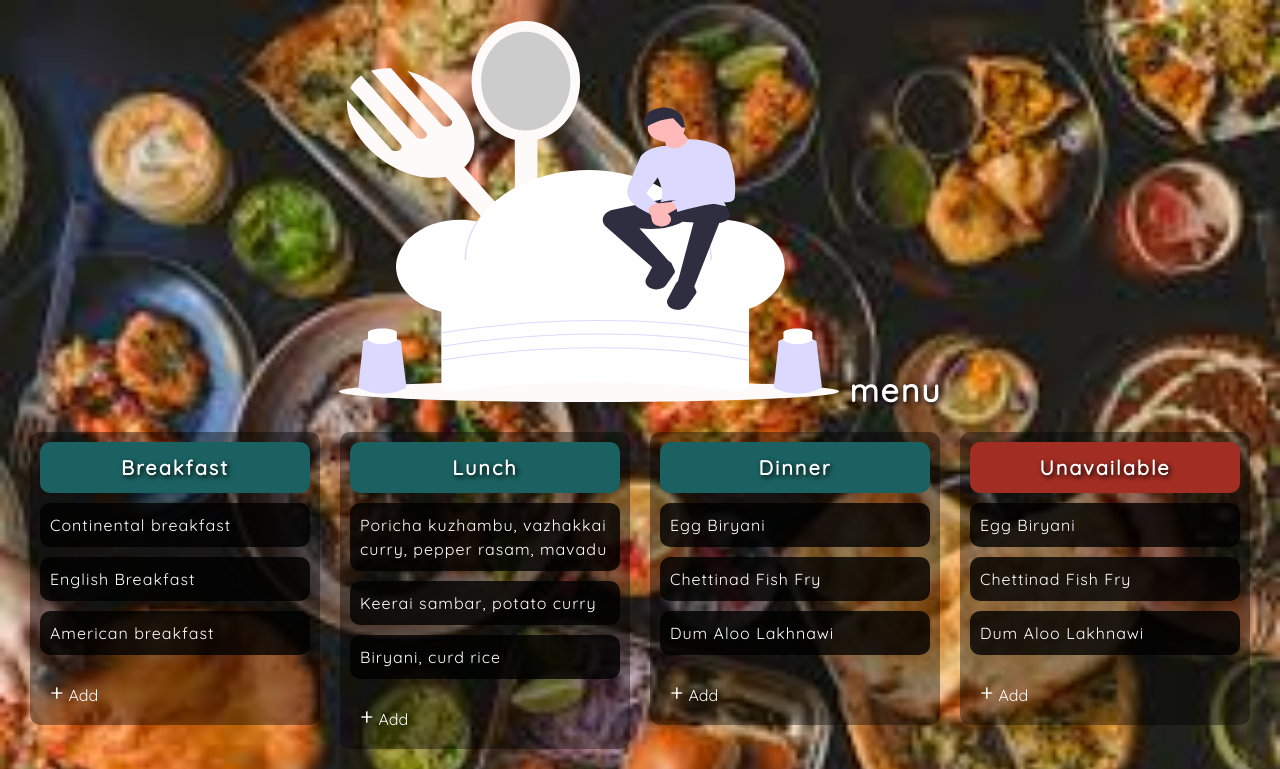
Repository: Anasooya2601/drag-and-drop
Page: index.html
The author's editor kept a copy of each file at every save. The page is drawn from the files as they stood at one save, then again after the next save.
The browser window is 1280 px wide. The pictures show the whole page.
Backgrounds fixed to the window are drawn as part of the page.

Above is the page before, as saved 2021-02-05 01:52:28.

### index.html
<!DOCTYPE html>
<html lang="en">
<head>
    <meta charset="UTF-8">
    <meta name="viewport" content="width=device-width, initial-scale=1.0">
    <title>MRC</title>
    <link rel="icon" type="image/png" href="favicon.png">
    <link rel="stylesheet" href="style.css">
</head>
<body>

    <h1 class="main-title">
        <img src="mrc.svg" width="500" alt="">
    menu
</h1>
    <div class="drag-container">
        <ul class="drag-list">
<!-- breakfast column -->

<li class="drag-column progress-column">
    <span class="header">
        <h1>Breakfast</h1>
    </span>
    <!-- breakfast-content -->
    <div id="progress-content">
        <ul class="drag-item-list"id= "progress-list">
            <li class="drag-item"> Continental breakfast</li>
            <li class="drag-item">English Breakfast</li>
            <li class="drag-item">American breakfast</li>
        </ul>
    </div>
    <!-- add-button -->
    <div class="add-btn-group">
        <div class="add-btn">
    <span class="plus-sign">+</span>
    <span>Add</span>
</div>
<div class="add-btn solid">
    <span>save</span>
</div>
<div class="add-container">
    <div class="add-item"></div>

</div>

    </div>
</li>
<li class="drag-column progress-column">
    <span class="header">
        <h1>Lunch</h1>
    </span>
    <!-- breakfast-content -->
    <div id="progress-content">
        <ul class="drag-item-list"id= "progress-list">
            <li class="drag-item"> Poricha kuzhambu, vazhakkai curry, pepper rasam, mavadu</li>
            <li class="drag-item">Keerai sambar, potato curry</li>
            <li class="drag-item">Biryani, curd rice</li>
        </ul>
    </div>
    <!-- add-button -->
    <div class="add-btn-group">
        <div class="add-btn">
    <span class="plus-sign">+</span>
    <span>Add</span>
</div>
<div class="add-btn solid">
    <span>save</span>
</div>
<div class="add-container">
    <div class="add-item"></div>

</div>

    </div>
</li>
<li class="drag-column progress-column">
    <span class="header">
        <h1>Dinner</h1>
    </span>
    <!-- breakfast-content -->
    <div id="progress-content">
        <ul class="drag-item-list"id= "progress-list">
            <li class="drag-item"> Egg Biryani</li>
            <li class="drag-item"> Chettinad Fish Fry</li>
            <li class="drag-item">Dum Aloo Lakhnawi</li>
        </ul>
    </div>
    <!-- add-button -->
    <div class="add-btn-group">
        <div class="add-btn">
    <span class="plus-sign">+</span>
    <span>Add</span>
</div>
<div class="add-btn solid">
    <span>save</span>
</div>
<div class="add-container">
    <div class="add-item"></div>

</div>

    </div>
</li>
<li class="drag-column on-hold-column">
    <span class="header">
        <h1>Unavailable</h1>
    </span>
    <!-- breakfast-content -->
    <div id="on-hold-content">
        <ul class="drag-item-list"id= "on-hold-list">
            <li class="drag-item"> Egg Biryani</li>
            <li class="drag-item"> Chettinad Fish Fry</li>
            <li class="drag-item">Dum Aloo Lakhnawi</li>
        </ul>
    </div>
    <!-- add-button -->
    <div class="add-btn-group">
        <div class="add-btn">
    <span class="plus-sign">+</span>
    <span>Add</span>
</div>
<div class="add-btn solid">
    <span>save</span>
</div>
<div class="add-container">
    <div class="add-item"></div>

</div>

    </div>
</li>
        </ul>
    </div>
    <!-- Script -->
    <script src="script.js"></script>
</body>
</html>

### style.css
/* Trees Image - Pexels: https://www.pexels.com/photo/photo-of-trees-in-forest-3801030/ */
@import url("https://fonts.googleapis.com/css?family=Quicksand&display=swap");

html {
  box-sizing: border-box;
}

:root {
  --column-1: #a2622d;
  --column-2: #1b6161;
  --column-3: #248224;
  --column-4: #a22d22;
}

body {
  margin: 0;
  background: url("./food.jpg");
  background-size: cover;
  background-position: 50% 60%;
  background-attachment: fixed;
  color: white;
  font-family: Quicksand, sans-serif;
  overflow-y: hidden;
}

h1 {
  letter-spacing: 2px;
  text-shadow: 2px 2px 5px black;
}

.main-title {
  text-align: center;
  font-size: 3rem;
}

ul {
  list-style-type: none;
  margin: 0;
  padding: 0;
}

.drag-container {
  margin: 20px;
}

.drag-list {
  display: flex;
  align-items: flex-start;
}

/* Columns */
.drag-column {
flex: 1;
  margin: 0 10px;
  position: relative;
  background-color: rgba(0, 0, 0, 0.4);
  border-radius: 10px;
  overflow-x: hidden;
}

.backlog-column .header,
.backlog-column .solid,
.backlog-column .solid:hover,
.backlog-column .over {
  background-color: var(--column-1);
}

.progress-column .header,
.progress-column .solid,
.progress-column .solid:hover,
.progress-column .over {
  background-color: var(--column-2);
}

.complete-column .header,
.complete-column .solid,
.complete-column .solid:hover,
.complete-column .over {
  background-color: var(--column-3);
}

.on-hold-column .header,
.on-hold-column .solid,
.on-hold-column .solid:hover,
.on-hold-column .over {
  background-color: var(--column-4);
}

/* Custom Scrollbar */
.custom-scroll {
  overflow-y: auto;
  max-height: 75vh;
}

.custom-scroll::-webkit-scrollbar-track {
  box-shadow: inset 0 0 6px rgba(0, 0, 0, 0.4);
  border-radius: 10px;
  background-color: rgba(255, 255, 255, 0.3);
  margin-right: 5px;
}

.custom-scroll::-webkit-scrollbar {
  width: 10px;
}

.custom-scroll::-webkit-scrollbar-thumb {
  border-radius: 10px;
  box-shadow: inset 0 0 6px rgba(0, 0, 0, 0.3);
  background-color: rgba(0, 0, 0, 0.8);
}

.header {
  display: flex;
  justify-content: center;
  border-radius: 10px;
  margin: 10px;
}

.header h1 {
  font-size: 1.25rem;
}

/* Drag and Drop */
.over {
  padding: 50px 10px;
}

.drag-item-list {
  min-height: 50px;
}

.drag-item {
  margin: 10px;
  padding: 10px;
  height: fit-content;
  background-color: rgba(0, 0, 0, 0.8);
  border-radius: 10px;
  line-height: 1.5rem;
  letter-spacing: 1px;
  cursor: pointer;
}

.drag-item:focus {
  outline: none;
  background-color: white;
  color: black;
}

/* Add Button Group */
.add-btn-group {
  display: flex;
  justify-content: space-between;
}

.add-btn {
  margin: 10px;
  padding: 5px 10px;
  display: flex;
  align-items: center;
  cursor: pointer;
  width: fit-content;
  border-radius: 5px;
  transition: all 0.3s ease-in;
  user-select: none;
}

.add-btn:hover {
  background-color: rgba(255, 255, 255, 0.9);
  color: black;
}

.add-btn:active {
  transform: scale(0.97);
}

.solid {
  display: none;
}

.solid:hover {
  transition: unset;
  filter: brightness(95%);
  color: white;
}

.plus-sign {
  font-size: 1.5rem;
  margin-right: 5px;
  position: relative;
  top: -3px;
}

.add-container {
  margin: 10px;
  padding: 5px 10px;
  border-radius: 10px;
  background-color: rgba(255, 255, 255, 0.9);
  min-height: 100px;
  display: none;
}

.add-item {
  width: 100%;
  min-height: 100px;
  height: auto;
  background-color: white;
  border-radius: 10px;
  margin: 5px auto;
  resize: none;
  color: black;
  padding: 10px;
}

.add-item:focus {
  outline: none;
}

/* Media Query: Laptop */
@media screen and (max-width: 1800px) {
  .main-title {
    font-size: 2rem;
  }
}

/* Media Query: Large Smartphone (Vertical) */
@media screen and (max-width: 600px) {
  body {
    overflow-y: auto;
  }

  .drag-container {
    margin: 0;
  }

  .drag-list {
    display: block;
  }

  .drag-column {
    margin: 10px;
  }
}

### script.js
const addBtns = document.querySelectorAll('.add-btn:not(.solid)');
const saveItemBtns = document.querySelectorAll('.solid');
const addItemContainers = document.querySelectorAll('.add-container');
const addItems = document.querySelectorAll('.add-item');
// Item Lists
const itemLists = document.querySelectorAll('.drag-item-list');
const backlogList = document.getElementById('backlog-list');
const progressList = document.getElementById('progress-list');
const completeList = document.getElementById('complete-list');
const onHoldList = document.getElementById('on-hold-list');

// Items


// Initialize Arrays
let backlogListArray = [];
let progressListArray = [];
let completeListArray = [];
let onHoldListArray = [];

// Drag Functionality


// Get Arrays from localStorage if available, set default values if not
function getSavedColumns() {
  if (localStorage.getItem('backlogItems')) {
    backlogListArray = JSON.parse(localStorage.backlogItems);
    progressListArray = JSON.parse(localStorage.progressItems);
    completeListArray = JSON.parse(localStorage.completeItems);
    onHoldListArray = JSON.parse(localStorage.onHoldItems);
  } else {
    backlogListArray = ['Release the course', 'Sit back and relax'];
    progressListArray = ['Work on projects', 'Listen to music'];
    completeListArray = ['Being cool', 'Getting stuff done'];
    onHoldListArray = ['Being uncool'];
  }
}

// Set localStorage Arrays
function updateSavedColumns() {
  localStorage.setItem('backlogItems', JSON.stringify(backlogListArray));
  localStorage.setItem('progressItems', JSON.stringify(progressListArray));
  localStorage.setItem('completeItems', JSON.stringify(completeListArray));
  localStorage.setItem('onHoldItems', JSON.stringify(onHoldListArray));
}

// Create DOM Elements for each list item
function createItemEl(columnEl, column, item, index) {
  console.log('columnEl:', columnEl);
  console.log('column:', column);
  console.log('item:', item);
  console.log('index:', index);
  // List Item
  const listEl = document.createElement('li');
  listEl.classList.add('drag-item');

}

// Update Columns in DOM - Reset HTML, Filter Array, Update localStorage
function updateDOM() {
  // Check localStorage once

  // Backlog Column

  // Progress Column

  // Complete Column

  // On Hold Column

  // Run getSavedColumns only once, Update Local Storage


}

After the next save:
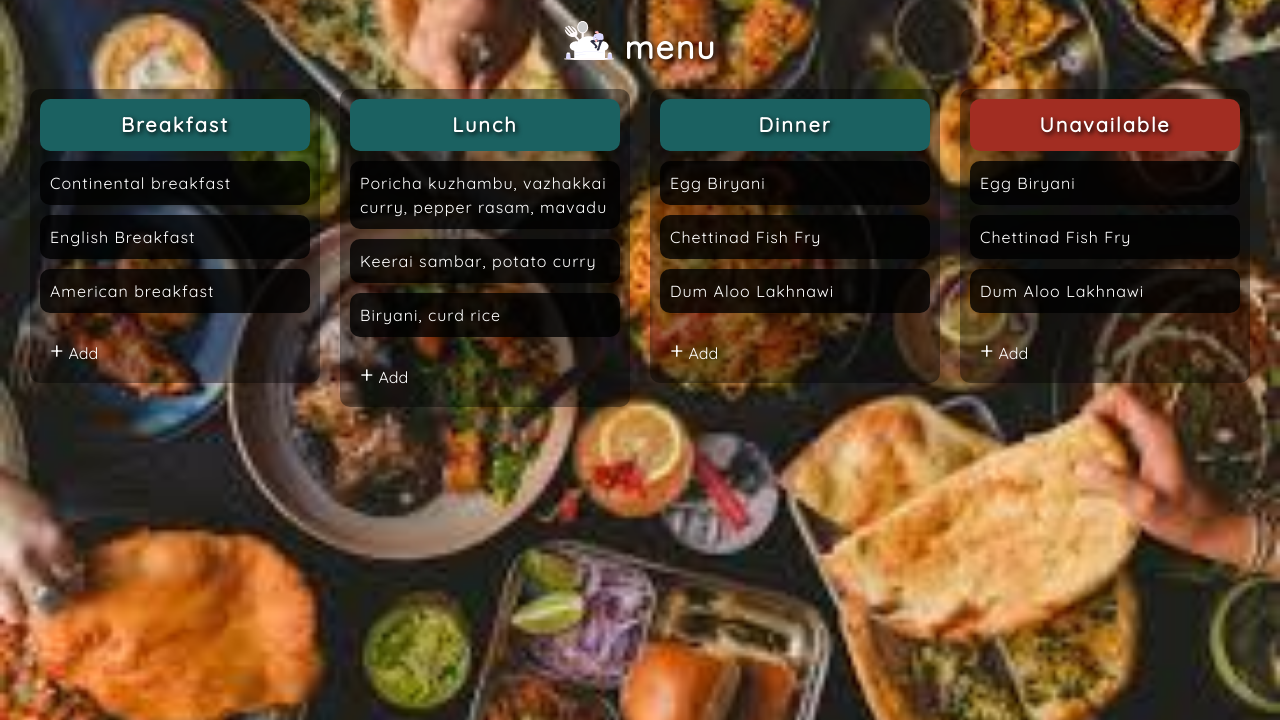
Saved 14 s later.
--- a/index.html
+++ b/index.html
@@ -10,7 +10,7 @@
 <body>
 
     <h1 class="main-title">
-        <img src="mrc.svg" width="500" alt="">
+        <img src="mrc.svg" width="50" alt="">
     menu
 </h1>
     <div class="drag-container">
